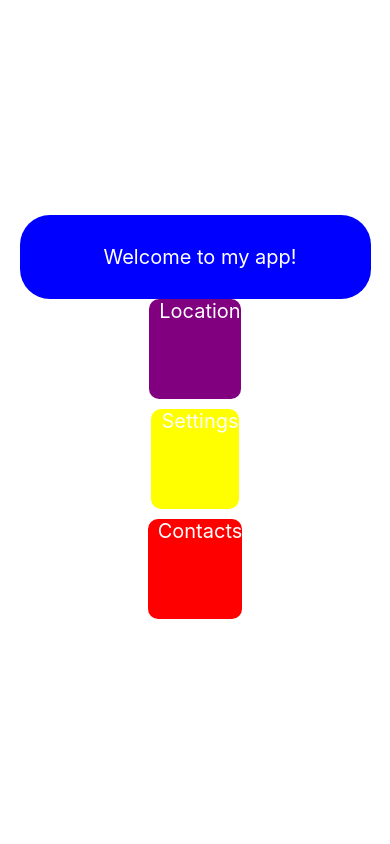
Repository: amirjavadikia/mobile-projectg
Screen: /
The author's editor kept a copy of each file at every save. The screen is drawn from the files as they stood at one save, then again after a run of saves.
The app was drawn by React Native's web renderer in a window 390 px wide. The project was rebuilt for these pictures with package versions that can differ from the ones it lists, and the page was loaded fresh each time.

Above is the screen before, as saved 2024-04-24 20:49:23.

After the next 2 saves:
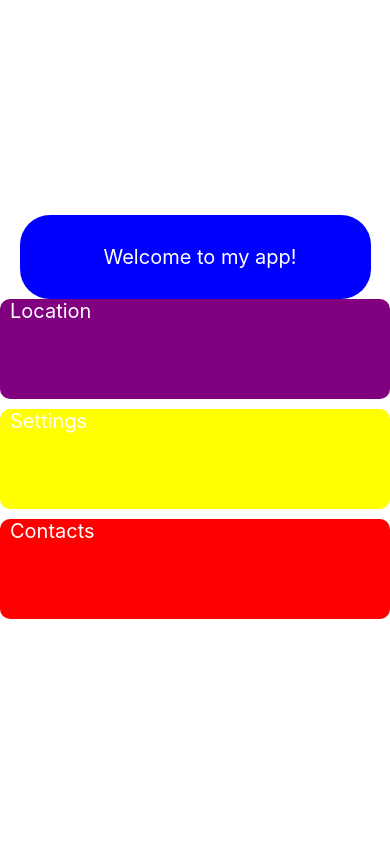
The 2 saves are shown as one change because they came seconds apart.
The last was saved 8 s later.
--- a/App.tsx
+++ b/App.tsx
@@ -35,6 +35,7 @@ const styles = StyleSheet.create({
     alignItems: 'center',
   },
   box: {
+    width: '100%',
     height: 100,
     borderRadius: 10,
     marginBottom: 10
